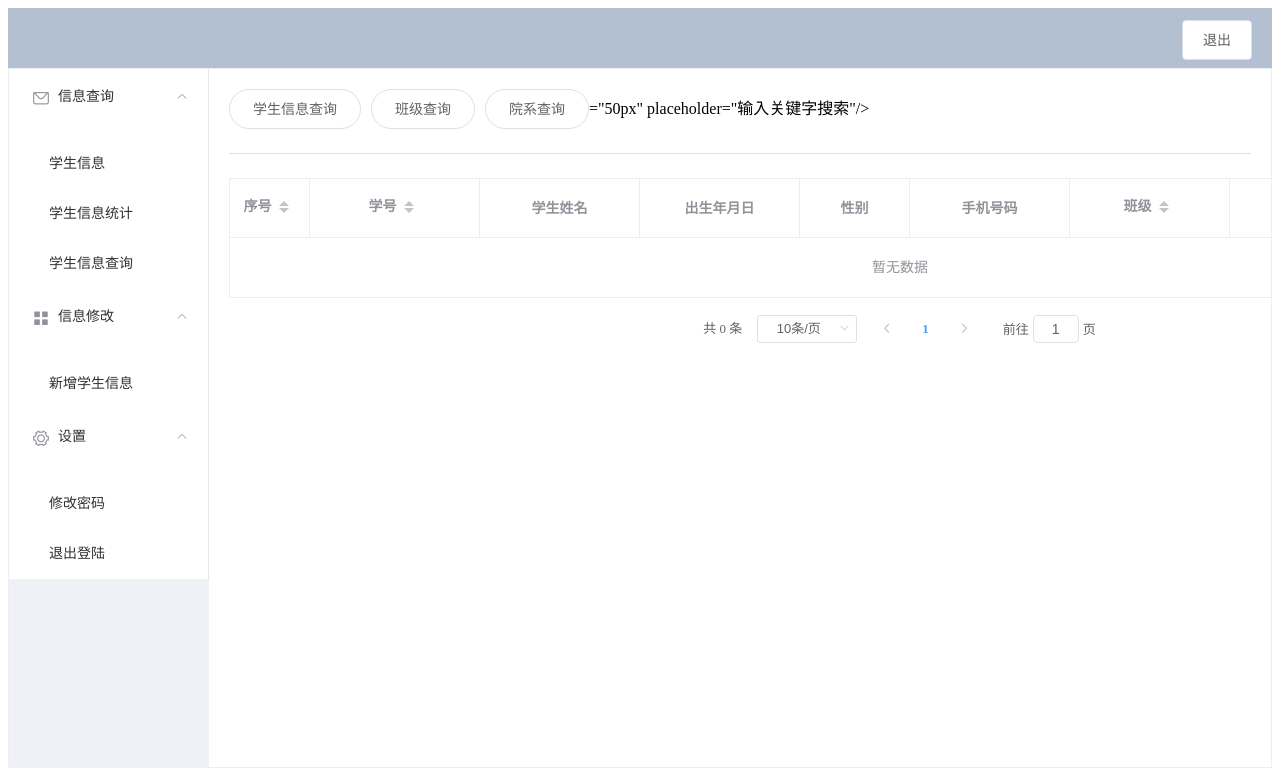
Repository: zhu-jun-xian/Student_information_management_system
Page: /selectstudent (app in front_end/front_end/)
The author's editor kept a copy of each file at every save. The page is drawn from the files as they stood at one save, then again after the next save.
The browser window is 1280 px wide. The pictures show the whole page.
The page's requests for data from a server got no answer. The project was rebuilt for these pictures with package versions that can differ from the ones it lists, and the page was loaded fresh each time. No one was signed in, and anything a server would have sent is missing. Also part of the build but not shown: front_end/front_end/src/components/login.vue, front_end/front_end/src/components/register.vue.

Above is the page before, as saved 2020-11-23 19:16:51.

After the next save:
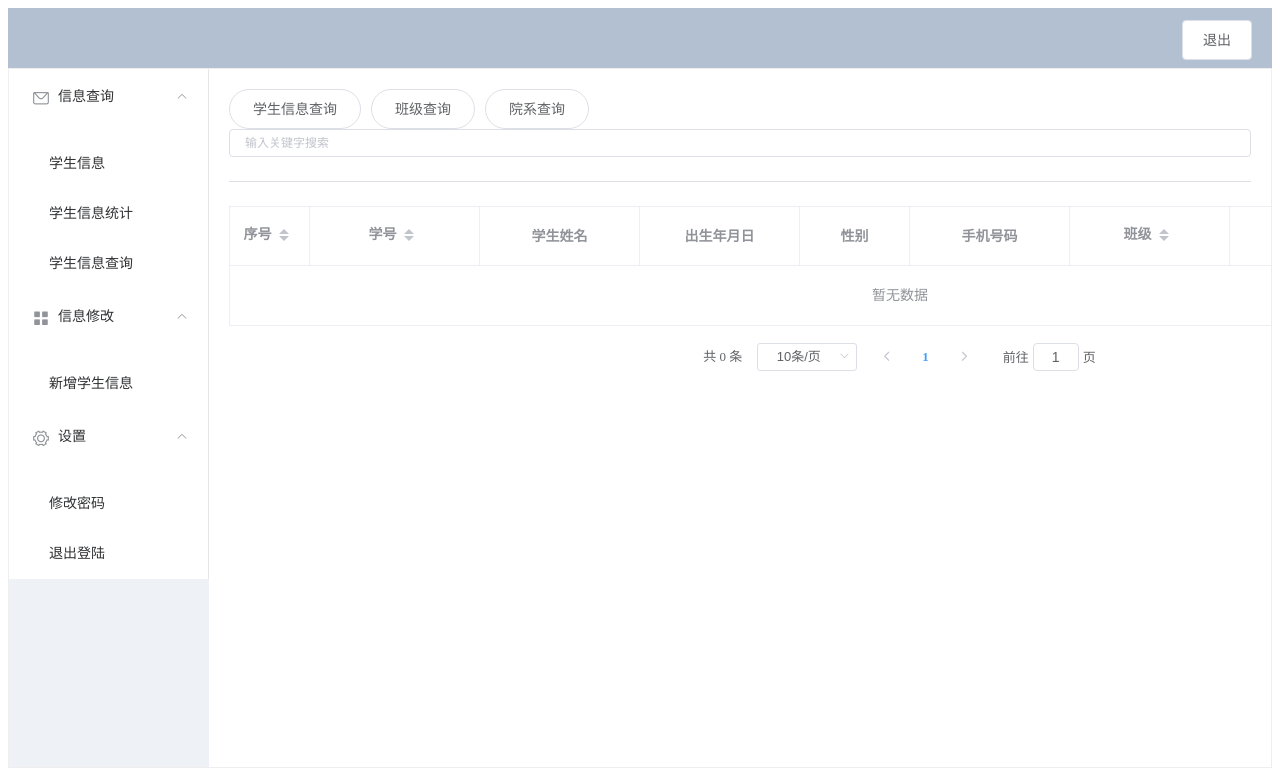
Saved 4 s later.
--- a/front_end/front_end/src/components/User/selectstudent.vue
+++ b/front_end/front_end/src/components/User/selectstudent.vue
@@ -5,7 +5,7 @@
         <el-button round  >学生信息查询</el-button>
         <el-button round   @click.native="selectclassVisible=true">班级查询</el-button>
         <el-button round   @click.native="selectgendVisible=true">院系查询</el-button>
-        <el-input  v-model="search" align="right" size= width="50px" placeholder="输入关键字搜索"/>
+        <el-input  v-model="search" align="right" size=mini width="50px" placeholder="输入关键字搜索"/>
       </el-row>
       <el-divider></el-divider>
     </div>
